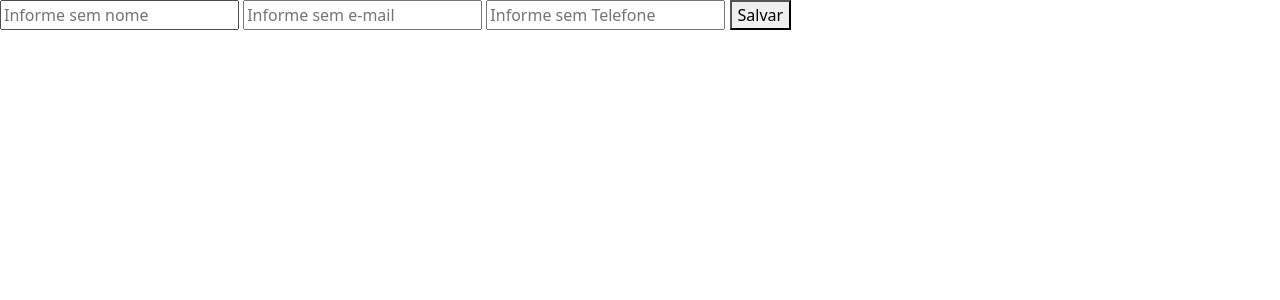
Repository: toniferreirasantos/teste-web
Page: index.html
The author's editor kept a copy of each file at every save. The page is drawn from the files as they stood at one save, then again after the next save.
The browser window is 1280 px wide. The pictures show the whole page.

Above is the page before, as saved 2025-09-16 19:32:42.

After the next save:
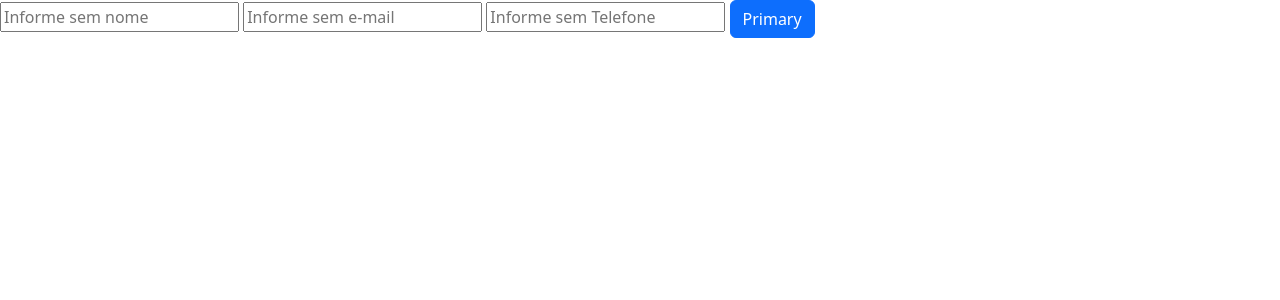
Saved 42 s later.
--- a/index.html
+++ b/index.html
@@ -16,9 +16,8 @@
     <input class="campo-entrada" type="text" name="email_cliente" placeholder="Informe sem e-mail">
     <input class="campo-entrada" type="text" name="telefone_cliente" placeholder="Informe sem Telefone">
 
-    <button type="button">
-        Salvar
-    </button>
+    <button type="button" class="btn btn-primary">Primary</button>
+
 
 </body>
 </html>
